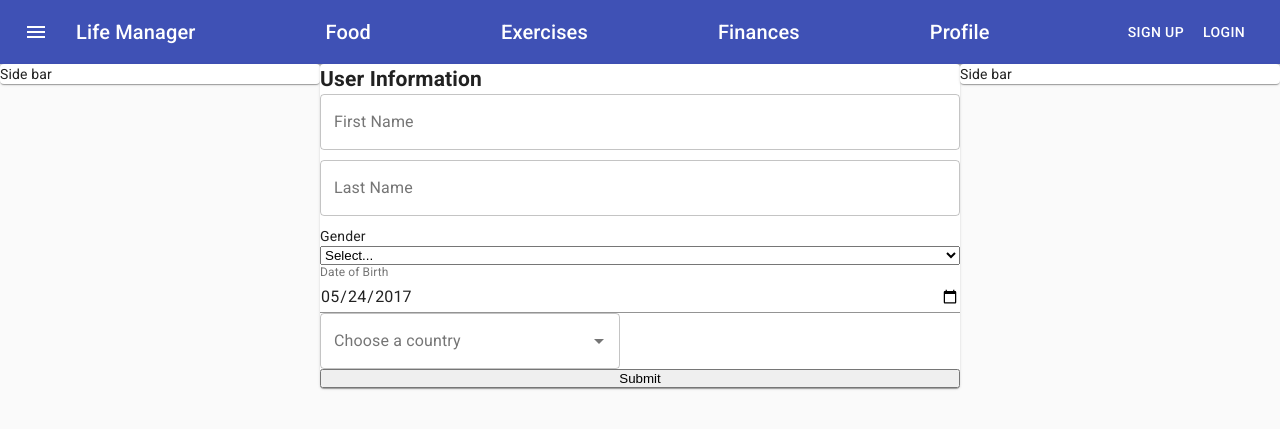
Repository: DaNiels89/lifemanagerreact
Page: /about
These files come from the project's save history. The page is drawn as it stood at one moment and after a run of saves; the edit follows.
The browser window is 1280 px wide. The pictures show the whole page.
The project was rebuilt for these pictures with package versions that can differ from the ones it lists, and the page was loaded fresh each time. Also part of the build but not shown: src/assets/components/5_profile/ErrorMessage.js.

Above is the page before, as saved 2020-03-17 15:34:43.

### public/index.html
<!DOCTYPE html>
<html lang="en">
  <head>
    <meta charset="utf-8" />
    <link rel="icon" href="%PUBLIC_URL%/favicon.ico" />
    <meta name="viewport" content="width=device-width, initial-scale=1" />
    <meta name="theme-color" content="#000000" />
    <meta
      name="description"
      content="Web site created using create-react-app"
    />
    <link rel="apple-touch-icon" href="%PUBLIC_URL%/logo192.png" />
    <link rel="manifest" href="%PUBLIC_URL%/manifest.json" />
    <title>Life Manager</title>
  </head>
  <body>
    <noscript>You need to enable JavaScript to run this app.</noscript>
    <div id="root"></div>
  </body>
</html>

### src/App.js
import React from 'react';
import Header from './assets/components/layout/Header';
import UserDetails from './assets/components/UserDetails';

import CssBaseline from '@material-ui/core/CssBaseline';
import 'typeface-roboto';
import Grid from '@material-ui/core/Grid';
import Paper from '@material-ui/core/Paper';
import { makeStyles } from '@material-ui/core/styles';
import './assets/css/App.css';

const useStyles = makeStyles({
  main: {
    width: '100%'
  }
});

export default function App() {
  const classes = useStyles();

  return (
    <React.Fragment>
      <CssBaseline />
      <div className={classes.main}>
        <Header />
        <Grid container>
          <Grid item xs={3}>
            <Paper className={classes.paper}>Side bar</Paper>
          </Grid>
          <Grid item xs={6}>
            <Paper className={classes.paper}>
              <UserDetails />
            </Paper>
          </Grid>
          <Grid item xs={3}>
            <Paper className={classes.paper}>Side bar</Paper>
          </Grid>
        </Grid>
      </div>
    </React.Fragment>
  );
}

### src/assets/components/layout/Header.js
import React from 'react';
import {
  BrowserRouter as Router,
  Switch,
  Route,
  Link as RouterLink
} from 'react-router-dom';

import { makeStyles } from '@material-ui/core/styles';
import AppBar from '@material-ui/core/AppBar';
import Toolbar from '@material-ui/core/Toolbar';
import Link from '@material-ui/core/Link';
import Typography from '@material-ui/core/Typography';
import Button from '@material-ui/core/Button';
import IconButton from '@material-ui/core/IconButton';
import MenuIcon from '@material-ui/icons/Menu';

const useStyles = makeStyles(theme => ({
  header: {
    flexGrow: 1
  },
  menuButton: {
    marginRight: theme.spacing(2)
  },
  title: {
    flexGrow: 1
  }
}));

export default function Header() {
  const classes = useStyles();
  const preventDefault = event => event.preventDefault();

  return (
    <Router>
      <div className={classes.header}>
        <AppBar position="static">
          <Toolbar>
            <IconButton
              edge="start"
              className={classes.menuButton}
              color="inherit"
              aria-label="menu"
            >
              <MenuIcon />
            </IconButton>
            <Typography variant="h6" className={classes.title}>
              <Link href="/" onClick={preventDefault} color="inherit">
                Life Manager
              </Link>
            </Typography>
            <Typography variant="h6" className={classes.title}>
              <Link href="/" onClick={preventDefault} color="inherit">
                Food
              </Link>
            </Typography>
            <Typography variant="h6" className={classes.title}>
              <Link href="/" onClick={preventDefault} color="inherit">
                Exercises
              </Link>
            </Typography>
            <Typography variant="h6" className={classes.title}>
              <Link href="/" onClick={preventDefault} color="inherit">
                Finances
              </Link>
            </Typography>
            <Typography variant="h6" className={classes.title}>
              <Link href="/" onClick={preventDefault} color="inherit">
                Profile
              </Link>
            </Typography>
            <Button color="inherit">Sign up</Button>
            <Button color="inherit">Login</Button>
          </Toolbar>
        </AppBar>
      </div>
    </Router>
  );
}

### src/assets/components/UserDetails.js
import React from 'react';
import { useForm } from 'react-hook-form';

import TextField from '@material-ui/core/TextField';
// import InputLabel from '@material-ui/core/InputLabel';
// import Select from '@material-ui/core/Select';
// import MenuItem from '@material-ui/core/MenuItem';
import '../css/UserDetails.css';

import { makeStyles } from '@material-ui/core/styles';
import CountrySelect from './CountrySelect';
import ErrorMessage from './ErrorMessage';

const useStyles = makeStyles({
  input: {
    marginBottom: 10
  },
  select: {
    marginBottom: 10
  }
});

export default function UserInformation() {
  const { register, handleSubmit, errors } = useForm();
  const onSubmit = data => createProfile(data);

  function createProfile(data) {
    fetch('http://localhost:3001/profiles', {
      method: 'POST',
      headers: {
        'Content-Type': 'application/json'
      },
      body: JSON.stringify({ profile: data })
    });
  }

  const classes = useStyles();

  return (
    <div className="user-information">
      <h2>User Information</h2>
      <form className="App" onSubmit={handleSubmit(onSubmit)}>
        <TextField
          name="firstname"
          id="firstname"
          className={classes.input}
          label="First Name"
          variant="outlined"
          inputRef={register({ required: true, minLength: 2, maxLength: 20 })}
        />
        <ErrorMessage error={errors.firstname} />

        <TextField
          name="lastname"
          id="lastname"
          className={classes.input}
          label="Last Name"
          variant="outlined"
          inputRef={register({ required: true, minLength: 2, maxLength: 20 })}
        />
        <ErrorMessage error={errors.lastname} />

        <label>Gender</label>
        <select name="gender" ref={register({ required: true })}>
          <option value="">Select...</option>
          <option value="male">Male</option>
          <option value="female">Female</option>
        </select>
        <ErrorMessage error={errors.gender} />

        {/* <InputLabel>Gender</InputLabel>
        <Select
          name="gender"
          inputRef={register({ required: true })}
          labelId="demo-simple-select-label"
          id="demo-simple-select"
          value={'Gender'}
          onChange={handleChange}
        >
          <MenuItem value="">Select an option</MenuItem>
          <MenuItem value={'male'}>Male</MenuItem>
          <MenuItem value={'female'}>Female</MenuItem>
        </Select> */}
        {/* <ErrorMessage error={errors.gender} /> */}

        <TextField
          id="date"
          label="Date of Birth"
          type="date"
          defaultValue="2017-05-24"
          className={classes.textField}
          InputLabelProps={{
            shrink: true
          }}
          name="dob"
          inputRef={register()}
        />

        <CountrySelect mt={'1em'} register={() => register()} />

        <input type="submit" value="Submit" />
      </form>
    </div>
  );
}

### src/assets/css/UserDetails.css
form {
  display: flex;
  flex-direction: column;
}

.formField {
  margin: 3em 0;
}

### src/assets/components/CountrySelect.js
/* eslint-disable no-use-before-define */
import React from 'react';

import TextField from '@material-ui/core/TextField';
import Autocomplete from '@material-ui/lab/Autocomplete';
import { makeStyles } from '@material-ui/core/styles';

// ISO 3166-1 alpha-2
// ⚠️ No support for IE 11
function countryToFlag(isoCode) {
  return typeof String.fromCodePoint !== 'undefined'
    ? isoCode
        .toUpperCase()
        .replace(/./g, char =>
          String.fromCodePoint(char.charCodeAt(0) + 127397)
        )
    : isoCode;
}

const useStyles = makeStyles({
  option: {
    marginTop: 1,
    fontSize: 15,
    '& > span': {
      marginRight: 10,
      fontSize: 18
    }
  }
});

export default function CountrySelect(props) {
  const classes = useStyles();

  return (
    <Autocomplete
      id="country-select"
      style={{ width: 300 }}
      options={countries}
      classes={{
        option: classes.option
      }}
      autoHighlight
      getOptionLabel={option => option.label}
      renderOption={option => (
        <React.Fragment>
          <span>{countryToFlag(option.code)}</span>
          {option.label} ({option.code}) +{option.phone}
        </React.Fragment>
      )}
      renderInput={params => (
        <TextField
          {...params}
          label="Choose a country"
          variant="outlined"
          inputProps={{
            ...params.inputProps,
            autoComplete: 'new-password' // disable autocomplete and autofill
          }}
          name="country"
          inputRef={props.register()}
        />
      )}
    />
  );
}

// From https://bitbucket.org/atlassian/atlaskit-mk-2/raw/4ad0e56649c3e6c973e226b7efaeb28cb240ccb0/packages/core/select/src/data/countries.js
const countries = [
  { code: 'AD', label: 'Andorra', phone: '376' },
  { code: 'AE', label: 'United Arab Emirates', phone: '971' },
  { code: 'AF', label: 'Afghanistan', phone: '93' },
  { code: 'AG', label: 'Antigua and Barbuda', phone: '1-268' },
  { code: 'AI', label: 'Anguilla', phone: '1-264' },
  { code: 'AL', label: 'Albania', phone: '355' },
  { code: 'AM', label: 'Armenia', phone: '374' },
  { code: 'AO', label: 'Angola', phone: '244' },
  { code: 'AQ', label: 'Antarctica', phone: '672' },
  { code: 'AR', label: 'Argentina', phone: '54' },
  { code: 'AS', label: 'American Samoa', phone: '1-684' },
  { code: 'AT', label: 'Austria', phone: '43' },
  { code: 'AU', label: 'Australia', phone: '61', suggested: true },
  { code: 'AW', label: 'Aruba', phone: '297' },
  { code: 'AX', label: 'Alland Islands', phone: '358' },
  { code: 'AZ', label: 'Azerbaijan', phone: '994' },
  { code: 'BA', label: 'Bosnia and Herzegovina', phone: '387' },
  { code: 'BB', label: 'Barbados', phone: '1-246' },
  { code: 'BD', label: 'Bangladesh', phone: '880' },
  { code: 'BE', label: 'Belgium', phone: '32' },
  { code: 'BF', label: 'Burkina Faso', phone: '226' },
  { code: 'BG', label: 'Bulgaria', phone: '359' },
  { code: 'BH', label: 'Bahrain', phone: '973' },
  { code: 'BI', label: 'Burundi', phone: '257' },
  { code: 'BJ', label: 'Benin', phone: '229' },
  { code: 'BL', label: 'Saint Barthelemy', phone: '590' },
  { code: 'BM', label: 'Bermuda', phone: '1-441' },
  { code: 'BN', label: 'Brunei Darussalam', phone: '673' },
  { code: 'BO', label: 'Bolivia', phone: '591' },
  { code: 'BR', label: 'Brazil', phone: '55' },
  { code: 'BS', label: 'Bahamas', phone: '1-242' },
  { code: 'BT', label: 'Bhutan', phone: '975' },
  { code: 'BV', label: 'Bouvet Island', phone: '47' },
  { code: 'BW', label: 'Botswana', phone: '267' },
  { code: 'BY', label: 'Belarus', phone: '375' },
  { code: 'BZ', label: 'Belize', phone: '501' },
  { code: 'CA', label: 'Canada', phone: '1', suggested: true },
  { code: 'CC', label: 'Cocos (Keeling) Islands', phone: '61' },
  { code: 'CD', label: 'Congo, Democratic Republic of the', phone: '243' },
  { code: 'CF', label: 'Central African Republic', phone: '236' },
  { code: 'CG', label: 'Congo, Republic of the', phone: '242' },
  { code: 'CH', label: 'Switzerland', phone: '41' },
  { code: 'CI', label: "Cote d'Ivoire", phone: '225' },
  { code: 'CK', label: 'Cook Islands', phone: '682' },
  { code: 'CL', label: 'Chile', phone: '56' },
  { code: 'CM', label: 'Cameroon', phone: '237' },
  { code: 'CN', label: 'China', phone: '86' },
  { code: 'CO', label: 'Colombia', phone: '57' },
  { code: 'CR', label: 'Costa Rica', phone: '506' },
  { code: 'CU', label: 'Cuba', phone: '53' },
  { code: 'CV', label: 'Cape Verde', phone: '238' },
  { code: 'CW', label: 'Curacao', phone: '599' },
  { code: 'CX', label: 'Christmas Island', phone: '61' },
  { code: 'CY', label: 'Cyprus', phone: '357' },
  { code: 'CZ', label: 'Czech Republic', phone: '420' },
  { code: 'DE', label: 'Germany', phone: '49', suggested: true },
  { code: 'DJ', label: 'Djibouti', phone: '253' },
  { code: 'DK', label: 'Denmark', phone: '45' },
  { code: 'DM', label: 'Dominica', phone: '1-767' },
  { code: 'DO', label: 'Dominican Republic', phone: '1-809' },
  { code: 'DZ', label: 'Algeria', phone: '213' },
  { code: 'EC', label: 'Ecuador', phone: '593' },
  { code: 'EE', label: 'Estonia', phone: '372' },
  { code: 'EG', label: 'Egypt', phone: '20' },
  { code: 'EH', label: 'Western Sahara', phone: '212' },
  { code: 'ER', label: 'Eritrea', phone: '291' },
  { code: 'ES', label: 'Spain', phone: '34' },
  { code: 'ET', label: 'Ethiopia', phone: '251' },
  { code: 'FI', label: 'Finland', phone: '358' },
  { code: 'FJ', label: 'Fiji', phone: '679' },
  { code: 'FK', label: 'Falkland Islands (Malvinas)', phone: '500' },
  { code: 'FM', label: 'Micronesia, Federated States of', phone: '691' },
  { code: 'FO', label: 'Faroe Islands', phone: '298' },
  { code: 'FR', label: 'France', phone: '33', suggested: true },
  { code: 'GA', label: 'Gabon', phone: '241' },
  { code: 'GB', label: 'United Kingdom', phone: '44' },
  { code: 'GD', label: 'Grenada', phone: '1-473' },
  { code: 'GE', label: 'Georgia', phone: '995' },
  { code: 'GF', label: 'French Guiana', phone: '594' },
  { code: 'GG', label: 'Guernsey', phone: '44' },
  { code: 'GH', label: 'Ghana', phone: '233' },
  { code: 'GI', label: 'Gibraltar', phone: '350' },
  { code: 'GL', label: 'Greenland', phone: '299' },
  { code: 'GM', label: 'Gambia', phone: '220' },
  { code: 'GN', label: 'Guinea', phone: '224' },
  { code: 'GP', label: 'Guadeloupe', phone: '590' },
  { code: 'GQ', label: 'Equatorial Guinea', phone: '240' },
  { code: 'GR', label: 'Greece', phone: '30' },
  {
    code: 'GS',
    label: 'South Georgia and the South Sandwich Islands',
    phone: '500'
  },
  { code: 'GT', label: 'Guatemala', phone: '502' },
  { code: 'GU', label: 'Guam', phone: '1-671' },
  { code: 'GW', label: 'Guinea-Bissau', phone: '245' },
  { code: 'GY', label: 'Guyana', phone: '592' },
  { code: 'HK', label: 'Hong Kong', phone: '852' },
  { code: 'HM', label: 'Heard Island and McDonald Islands', phone: '672' },
  { code: 'HN', label: 'Honduras', phone: '504' },
  { code: 'HR', label: 'Croatia', phone: '385' },
  { code: 'HT', label: 'Haiti', phone: '509' },
  { code: 'HU', label: 'Hungary', phone: '36' },
  { code: 'ID', label: 'Indonesia', phone: '62' },
  { code: 'IE', label: 'Ireland', phone: '353' },
  { code: 'IL', label: 'Israel', phone: '972' },
  { code: 'IM', label: 'Isle of Man', phone: '44' },
  { code: 'IN', label: 'India', phone: '91' },
  { code: 'IO', label: 'British Indian Ocean Territory', phone: '246' },
  { code: 'IQ', label: 'Iraq', phone: '964' },
  { code: 'IR', label: 'Iran, Islamic Republic of', phone: '98' },
  { code: 'IS', label: 'Iceland', phone: '354' },
  { code: 'IT', label: 'Italy', phone: '39' },
  { code: 'JE', label: 'Jersey', phone: '44' },
  { code: 'JM', label: 'Jamaica', phone: '1-876' },
  { code: 'JO', label: 'Jordan', phone: '962' },
  { code: 'JP', label: 'Japan', phone: '81', suggested: true },
  { code: 'KE', label: 'Kenya', phone: '254' },
  { code: 'KG', label: 'Kyrgyzstan', phone: '996' },
  { code: 'KH', label: 'Cambodia', phone: '855' },
  { code: 'KI', label: 'Kiribati', phone: '686' },
  { code: 'KM', label: 'Comoros', phone: '269' },
  { code: 'KN', label: 'Saint Kitts and Nevis', phone: '1-869' },
  { code: 'KP', label: "Korea, Democratic People's Republic of", phone: '850' },
  { code: 'KR', label: 'Korea, Republic of', phone: '82' },
  { code: 'KW', label: 'Kuwait', phone: '965' },
  { code: 'KY', label: 'Cayman Islands', phone: '1-345' },
  { code: 'KZ', label: 'Kazakhstan', phone: '7' },
  { code: 'LA', label: "Lao People's Democratic Republic", phone: '856' },
  { code: 'LB', label: 'Lebanon', phone: '961' },
  { code: 'LC', label: 'Saint Lucia', phone: '1-758' },
  { code: 'LI', label: 'Liechtenstein', phone: '423' },
  { code: 'LK', label: 'Sri Lanka', phone: '94' },
  { code: 'LR', label: 'Liberia', phone: '231' },
  { code: 'LS', label: 'Lesotho', phone: '266' },
  { code: 'LT', label: 'Lithuania', phone: '370' },
  { code: 'LU', label: 'Luxembourg', phone: '352' },
  { code: 'LV', label: 'Latvia', phone: '371' },
  { code: 'LY', label: 'Libya', phone: '218' },
  { code: 'MA', label: 'Morocco', phone: '212' },
  { code: 'MC', label: 'Monaco', phone: '377' },
  { code: 'MD', label: 'Moldova, Republic of', phone: '373' },
  { code: 'ME', label: 'Montenegro', phone: '382' },
  { code: 'MF', label: 'Saint Martin (French part)', phone: '590' },
  { code: 'MG', label: 'Madagascar', phone: '261' },
  { code: 'MH', label: 'Marshall Islands', phone: '692' },
  {
    code: 'MK',
    label: 'Macedonia, the Former Yugoslav Republic of',
    phone: '389'
  },
  { code: 'ML', label: 'Mali', phone: '223' },
  { code: 'MM', label: 'Myanmar', phone: '95' },
  { code: 'MN', label: 'Mongolia', phone: '976' },
  { code: 'MO', label: 'Macao', phone: '853' },
  { code: 'MP', label: 'Northern Mariana Islands', phone: '1-670' },
  { code: 'MQ', label: 'Martinique', phone: '596' },
  { code: 'MR', label: 'Mauritania', phone: '222' },
  { code: 'MS', label: 'Montserrat', phone: '1-664' },
  { code: 'MT', label: 'Malta', phone: '356' },
  { code: 'MU', label: 'Mauritius', phone: '230' },
  { code: 'MV', label: 'Maldives', phone: '960' },
  { code: 'MW', label: 'Malawi', phone: '265' },
  { code: 'MX', label: 'Mexico', phone: '52' },
  { code: 'MY', label: 'Malaysia', phone: '60' },
  { code: 'MZ', label: 'Mozambique', phone: '258' },
  { code: 'NA', label: 'Namibia', phone: '264' },
  { code: 'NC', label: 'New Caledonia', phone: '687' },
  { code: 'NE', label: 'Niger', phone: '227' },
  { code: 'NF', label: 'Norfolk Island', phone: '672' },
  { code: 'NG', label: 'Nigeria', phone: '234' },
  { code: 'NI', label: 'Nicaragua', phone: '505' },
  { code: 'NL', label: 'Netherlands', phone: '31' },
  { code: 'NO', label: 'Norway', phone: '47' },
  { code: 'NP', label: 'Nepal', phone: '977' },
  { code: 'NR', label: 'Nauru', phone: '674' },
  { code: 'NU', label: 'Niue', phone: '683' },
  { code: 'NZ', label: 'New Zealand', phone: '64' },
  { code: 'OM', label: 'Oman', phone: '968' },
  { code: 'PA', label: 'Panama', phone: '507' },
  { code: 'PE', label: 'Peru', phone: '51' },
  { code: 'PF', label: 'French Polynesia', phone: '689' },
  { code: 'PG', label: 'Papua New Guinea', phone: '675' },
  { code: 'PH', label: 'Philippines', phone: '63' },
  { code: 'PK', label: 'Pakistan', phone: '92' },
  { code: 'PL', label: 'Poland', phone: '48' },
  { code: 'PM', label: 'Saint Pierre and Miquelon', phone: '508' },
  { code: 'PN', label: 'Pitcairn', phone: '870' },
  { code: 'PR', label: 'Puerto Rico', phone: '1' },
  { code: 'PS', label: 'Palestine, State of', phone: '970' },
  { code: 'PT', label: 'Portugal', phone: '351' },
  { code: 'PW', label: 'Palau', phone: '680' },
  { code: 'PY', label: 'Paraguay', phone: '595' },
  { code: 'QA', label: 'Qatar', phone: '974' },
  { code: 'RE', label: 'Reunion', phone: '262' },
  { code: 'RO', label: 'Romania', phone: '40' },
  { code: 'RS', label: 'Serbia', phone: '381' },
  { code: 'RU', label: 'Russian Federation', phone: '7' },
  { code: 'RW', label: 'Rwanda', phone: '250' },
  { code: 'SA', label: 'Saudi Arabia', phone: '966' },
  { code: 'SB', label: 'Solomon Islands', phone: '677' },
  { code: 'SC', label: 'Seychelles', phone: '248' },
  { code: 'SD', label: 'Sudan', phone: '249' },
  { code: 'SE', label: 'Sweden', phone: '46' },
  { code: 'SG', label: 'Singapore', phone: '65' },
  { code: 'SH', label: 'Saint Helena', phone: '290' },
  { code: 'SI', label: 'Slovenia', phone: '386' },
  { code: 'SJ', label: 'Svalbard and Jan Mayen', phone: '47' },
  { code: 'SK', label: 'Slovakia', phone: '421' },
  { code: 'SL', label: 'Sierra Leone', phone: '232' },
  { code: 'SM', label: 'San Marino', phone: '378' },
  { code: 'SN', label: 'Senegal', phone: '221' },
  { code: 'SO', label: 'Somalia', phone: '252' },
  { code: 'SR', label: 'Suriname', phone: '597' },
  { code: 'SS', label: 'South Sudan', phone: '211' },
  { code: 'ST', label: 'Sao Tome and Principe', phone: '239' },
  { code: 'SV', label: 'El Salvador', phone: '503' },
  { code: 'SX', label: 'Sint Maarten (Dutch part)', phone: '1-721' },
  { code: 'SY', label: 'Syrian Arab Republic', phone: '963' },
  { code: 'SZ', label: 'Swaziland', phone: '268' },
  { code: 'TC', label: 'Turks and Caicos Islands', phone: '1-649' },
  { code: 'TD', label: 'Chad', phone: '235' },
  { code: 'TF', label: 'French Southern Territories', phone: '262' },
  { code: 'TG', label: 'Togo', phone: '228' },
  { code: 'TH', label: 'Thailand', phone: '66' },
  { code: 'TJ', label: 'Tajikistan', phone: '992' },
  { code: 'TK', label: 'Tokelau', phone: '690' },
  { code: 'TL', label: 'Timor-Leste', phone: '670' },
  { code: 'TM', label: 'Turkmenistan', phone: '993' },
  { code: 'TN', label: 'Tunisia', phone: '216' },
  { code: 'TO', label: 'Tonga', phone: '676' },
  { code: 'TR', label: 'Turkey', phone: '90' },
  { code: 'TT', label: 'Trinidad and Tobago', phone: '1-868' },
  { code: 'TV', label: 'Tuvalu', phone: '688' },
  { code: 'TW', label: 'Taiwan, Province of China', phone: '886' },
  { code: 'TZ', label: 'United Republic of Tanzania', phone: '255' },
  { code: 'UA', label: 'Ukraine', phone: '380' },
  { code: 'UG', label: 'Uganda', phone: '256' },
  { code: 'US', label: 'United States', phone: '1', suggested: true },
  { code: 'UY', label: 'Uruguay', phone: '598' },
  { code: 'UZ', label: 'Uzbekistan', phone: '998' },
  { code: 'VA', label: 'Holy See (Vatican City State)', phone: '379' },
  { code: 'VC', label: 'Saint Vincent and the Grenadines', phone: '1-784' },
  { code: 'VE', label: 'Venezuela', phone: '58' },
  { code: 'VG', label: 'British Virgin Islands', phone: '1-284' },
  { code: 'VI', label: 'US Virgin Islands', phone: '1-340' },
  { code: 'VN', label: 'Vietnam', phone: '84' },
  { code: 'VU', label: 'Vanuatu', phone: '678' },
  { code: 'WF', label: 'Wallis and Futuna', phone: '681' },
  { code: 'WS', label: 'Samoa', phone: '685' },
  { code: 'XK', label: 'Kosovo', phone: '383' },
  { code: 'YE', label: 'Yemen', phone: '967' },
  { code: 'YT', label: 'Mayotte', phone: '262' },
  { code: 'ZA', label: 'South Africa', phone: '27' },
  { code: 'ZM', label: 'Zambia', phone: '260' },
  { code: 'ZW', label: 'Zimbabwe', phone: '263' }
];

Loaded but not shown: src/index.js (common file); src/assets/css/App.css (common file)

After the next 2 saves:
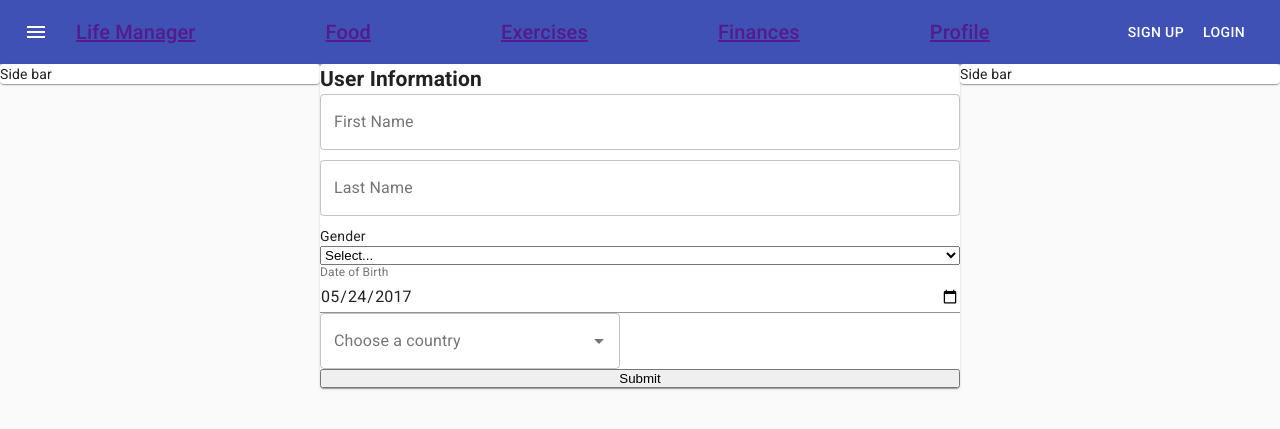
The 2 saves are shown as one change because 1 did not build or start.
The last was saved 53 s later.
--- a/src/assets/components/layout/Header.js
+++ b/src/assets/components/layout/Header.js
@@ -1,15 +1,10 @@
 import React from 'react';
-import {
-  BrowserRouter as Router,
-  Switch,
-  Route,
-  Link as RouterLink
-} from 'react-router-dom';
+import { BrowserRouter as Router, Switch, Route, Link } from 'react-router-dom';
 
 import { makeStyles } from '@material-ui/core/styles';
 import AppBar from '@material-ui/core/AppBar';
 import Toolbar from '@material-ui/core/Toolbar';
-import Link from '@material-ui/core/Link';
+// import Link from '@material-ui/core/Link';
 import Typography from '@material-ui/core/Typography';
 import Button from '@material-ui/core/Button';
 import IconButton from '@material-ui/core/IconButton';

After the 4 saves that followed:
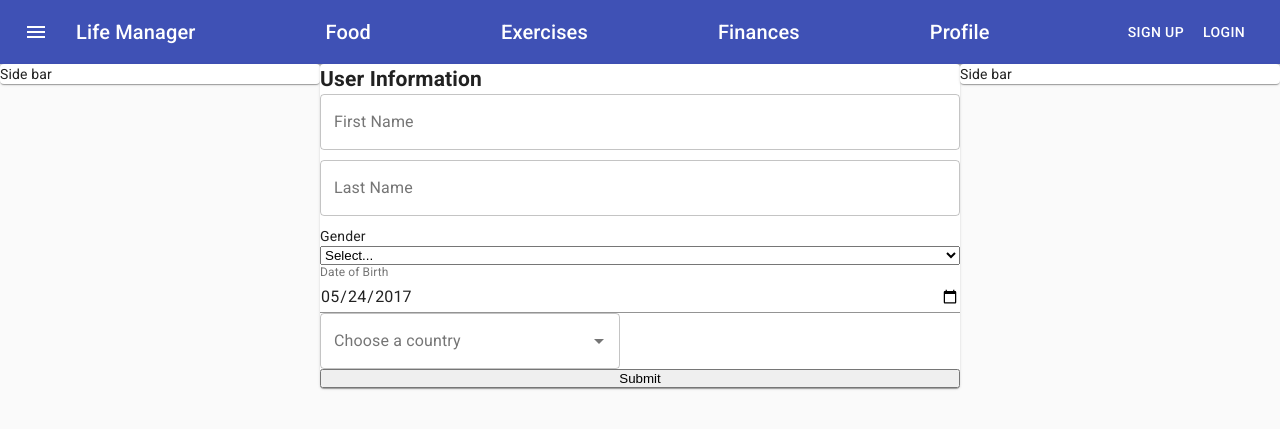
The 4 saves are shown as one change because 2 did not build or start and 1 left the picture as it was.
The last was saved 5 min 43 s later.
--- a/src/assets/components/layout/Header.js
+++ b/src/assets/components/layout/Header.js
@@ -1,10 +1,15 @@
 import React from 'react';
-import { BrowserRouter as Router, Switch, Route, Link } from 'react-router-dom';
+import {
+  BrowserRouter as Router,
+  Switch,
+  Route,
+  Link as RouterLink
+} from 'react-router-dom';
 
 import { makeStyles } from '@material-ui/core/styles';
 import AppBar from '@material-ui/core/AppBar';
 import Toolbar from '@material-ui/core/Toolbar';
-// import Link from '@material-ui/core/Link';
+import Link from '@material-ui/core/Link';
 import Typography from '@material-ui/core/Typography';
 import Button from '@material-ui/core/Button';
 import IconButton from '@material-ui/core/IconButton';
@@ -68,6 +73,14 @@
             <Button color="inherit">Login</Button>
           </Toolbar>
         </AppBar>
+
+        <Switch>
+          <Route path="/about">{/* <About /> */}</Route>
+          <Route path="/users">{/* <Users /> */}</Route>
+          <Route path="/about">{/* <About /> */}</Route>
+          <Route path="/users">{/* <UserDetails /> */}</Route>
+          <Route path="/">{/* <Home /> */}</Route>
+        </Switch>
       </div>
     </Router>
   );
